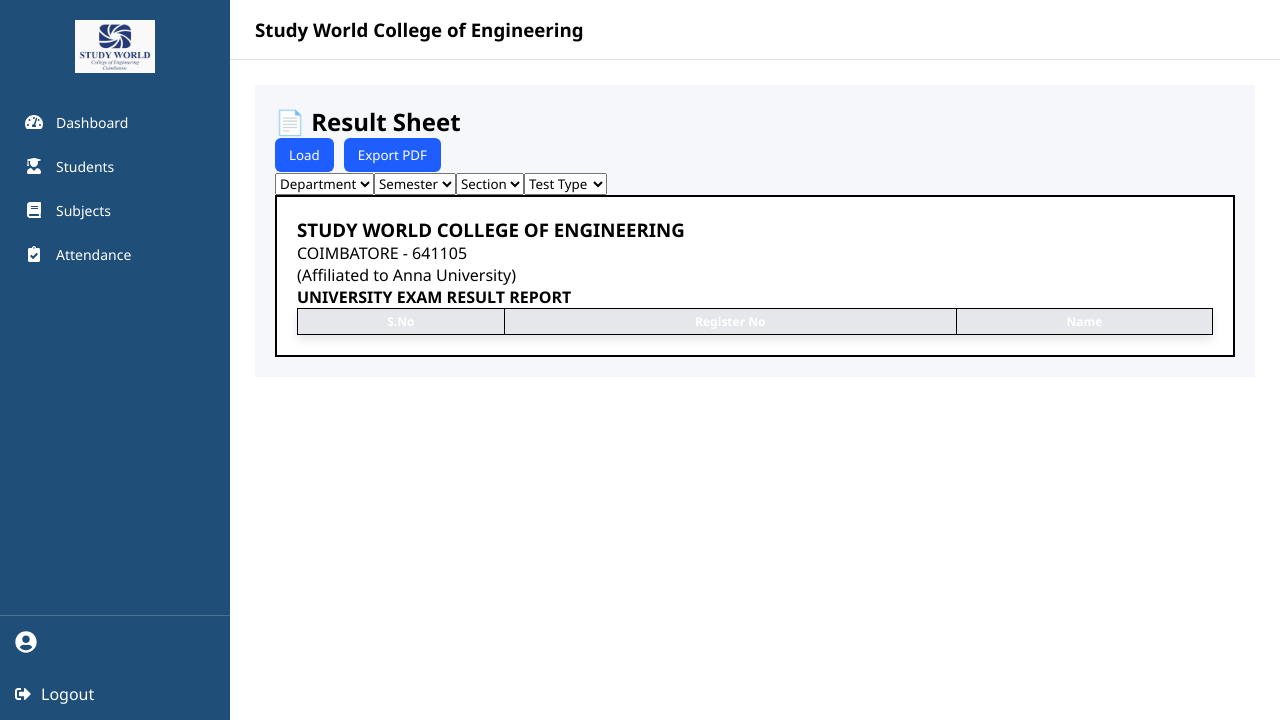
Repository: arthanarieswara/frontend
Page: /result-sheet
An editor plug-in stored every save of this project. The page is shown before and after the next save, followed by the edit.
The browser window is 1280 px wide. The pictures show the whole page.
The page's requests for data from a server got no answer. The project was rebuilt for these pictures with package versions that can differ from the ones it lists, and the page was loaded fresh each time. No one was signed in, and anything a server would have sent is missing. Also part of the build but not shown: vite.config.js, src/pages/auth/Login.jsx, src/pages/dashboard/Dashboard.css, src/pages/dashboard/Dashboard.jsx, src/pages/departments/Departments.jsx, src/pages/students/Students.css, src/pages/students/Students.jsx, src/pages/faculty/Faculty.css and 12 more.

Above is the page before, as saved 2026-04-13 14:02:43.

### index.html
<!doctype html>
<html lang="en">
  <head>
    <meta charset="UTF-8" />
    <link rel="icon" type="image/svg+xml" href="/college-logo.png" />
    <meta name="viewport" content="width=device-width, initial-scale=1.0" />
    <title>SWMS</title>
  </head>
  <body>
    <div id="root"></div>
    <script type="module" src="/src/main.jsx"></script>
  </body>
</html>

### src/App.jsx
import AppRoutes from "./routes/AppRoutes";

function App() {
  return <AppRoutes />;
}

export default App;

### src/routes/AppRoutes.jsx
import { BrowserRouter, Routes, Route } from "react-router-dom";

import Login from "../pages/auth/Login";
import Dashboard from "../pages/dashboard/Dashboard";
import Departments from "../pages/departments/Departments";
import Students from "../pages/students/Students";
import Faculty from "../pages/faculty/Faculty";
import Subjects from "../pages/Subjects/Subjects";
import Attendance from "../pages/Attendance/Attendance";
import Users from "../pages/users/Users";
import UserMapping from "../pages/UserMapping/UserMapping"; // ✅ NEW
import FacultyAttendance from "../pages/faculty/FacultyAttendance";
import Marks from "../pages/marks/Marks";
import ResultSheet from "../pages/marks/ResultSheet";
function AppRoutes() {
  return (
    <BrowserRouter>
      <Routes>
        <Route path="/" element={<Login />} />
        <Route path="/dashboard" element={<Dashboard />} />
        <Route path="/departments" element={<Departments />} />
        <Route path="/students" element={<Students />} />
        <Route path="/faculty" element={<Faculty />} />
        <Route path="/subjects" element={<Subjects />} />
        <Route path="/attendance" element={<Attendance />} />
        <Route path="/users" element={<Users />} />
        <Route path="/faculty-attendance" element={<FacultyAttendance />} />

        {/* ✅ NEW ROUTE */}
        <Route path="/mapping" element={<UserMapping />} />
        <Route path="/marks" element={<Marks />} />
        <Route path="/result-sheet" element={<ResultSheet />} />
      </Routes>
    </BrowserRouter>
  );
}

export default AppRoutes;

### src/pages/marks/ResultSheet.jsx
import { useState, useEffect } from "react";
import Layout from "../../components/Layout";
import api from "../../api/api";
import jsPDF from "jspdf";
import html2canvas from "html2canvas";
import "./ResultSheet.css";

function ResultSheet() {
  const [grouped, setGrouped] = useState({});
  const [subjects, setSubjects] = useState([]);
  const [departments, setDepartments] = useState([]);
  const [analysis, setAnalysis] = useState(null);

  const [semester, setSemester] = useState("");
  const [department, setDepartment] = useState("");
  const [section, setSection] = useState("");
  const [testType, setTestType] = useState("");

  /* ================= LOAD DEPARTMENTS ================= */
  useEffect(() => {
    fetchDepartments();
  }, []);

  const fetchDepartments = async () => {
    try {
      const res = await api.get("/departments");
      setDepartments(res.data);
    } catch (err) {
      console.error(err);
    }
  };

  /* ================= FETCH DATA ================= */
  const loadData = async () => {
    if (!semester || !department || !testType) {
      return alert("Select required fields");
    }

    try {
      const params = new URLSearchParams();
      params.append("semester", semester);
      params.append("department_id", department);
      params.append("test_type", testType);

      if (section) params.append("section", section);

      const res = await api.get(`/marks/class?${params.toString()}`);
      const rows = res.data;

      const map = {};
      const subs = new Set();

      rows.forEach((r) => {
        subs.add(r.subject_name);

        if (!map[r.student_id]) {
          map[r.student_id] = {
            roll: r.roll_number,
            name: r.name,
            marks: {},
          };
        }

        map[r.student_id].marks[r.subject_name] = r.mark || "AB";
      });

      const subjectArray = [...subs];

      setGrouped(map);
      setSubjects(subjectArray);

      calculateAnalysis(map, subjectArray);
    } catch (err) {
      console.error(err);
      alert("Error loading data");
    }
  };

  /* ================= ANALYSIS ================= */
  const calculateAnalysis = (groupedData, subjectsList) => {
    const students = Object.values(groupedData);
    const totalStudents = students.length;

    const subjectStats = subjectsList.map((sub) => {
      let appeared = 0;
      let absent = 0;
      let pass = 0;
      let fail = 0;

      students.forEach((s) => {
        const mark = s.marks[sub];

        if (mark === "AB") {
          absent++;
        } else {
          appeared++;
          const num = Number(mark);
          if (num >= 50) pass++;
          else fail++;
        }
      });

      return {
        total: totalStudents,
        appeared,
        absent,
        pass,
        fail,
        passPercent:
          appeared === 0 ? 0 : ((pass / appeared) * 100).toFixed(2),
      };
    });

    /* 🔥 FAIL DISTRIBUTION + NIL */
    const failDistribution = {};
    let allCleared = 0;

    students.forEach((s) => {
      let failCount = 0;

      subjectsList.forEach((sub) => {
        const mark = s.marks[sub];
        if (mark !== "AB" && Number(mark) < 50) {
          failCount++;
        }
      });

      if (failCount === 0) {
        allCleared++;
      } else {
        failDistribution[failCount] =
          (failDistribution[failCount] || 0) + 1;
      }
    });

    setAnalysis({
      subjectStats,
      failDistribution,
      allCleared,
    });
  };

  /* ================= EXPORT PDF ================= */
  const exportPDF = async () => {
    const element = document.getElementById("pdf-content");

    const canvas = await html2canvas(element, { scale: 2 });
    const imgData = canvas.toDataURL("image/png");

    const pdf = new jsPDF("landscape", "mm", "a4");

    const imgWidth = 297;
    const imgHeight = (canvas.height * imgWidth) / canvas.width;

    pdf.addImage(imgData, "PNG", 0, 0, imgWidth, imgHeight);
    pdf.save("result.pdf");
  };

  return (
    <Layout>
      <div className="result-page">

        {/* HEADER */}
        <div className="result-header">
          <h2>📄 Result Sheet</h2>

          <div className="actions">
            <button className="btn primary" onClick={loadData}>
              Load
            </button>
            <button className="btn success" onClick={exportPDF}>
              Export PDF
            </button>
          </div>
        </div>

        {/* FILTERS */}
        <div className="filter-bar">
          <select value={department} onChange={(e) => setDepartment(e.target.value)}>
            <option value="">Department</option>
            {departments.map((d) => (
              <option key={d.id} value={d.id}>{d.name}</option>
            ))}
          </select>

          <select value={semester} onChange={(e) => setSemester(e.target.value)}>
            <option value="">Semester</option>
            {[1,2,3,4,5,6,7,8].map((s) => (
              <option key={s} value={s}>Sem {s}</option>
            ))}
          </select>

          <select value={section} onChange={(e) => setSection(e.target.value)}>
            <option value="">Section</option>
            <option value="A">A</option>
            <option value="B">B</option>
          </select>

          <select value={testType} onChange={(e) => setTestType(e.target.value)}>
            <option value="">Test Type</option>
            <option value="Internal">Internal</option>
            <option value="Class Test">Class Test</option>
          </select>
        </div>

        {/* PDF CONTENT */}
        <div id="pdf-content" className="pdf-container">

          <div className="college-block">
            <h3>STUDY WORLD COLLEGE OF ENGINEERING</h3>
            <p>COIMBATORE - 641105</p>
            <p>(Affiliated to Anna University)</p>
            <h4>UNIVERSITY EXAM RESULT REPORT</h4>
          </div>

          {/* TABLE */}
          <div className="table-wrapper">
            <table className="result-table">
              <thead>
                <tr>
                  <th>S.No</th>
                  <th>Register No</th>
                  <th>Name</th>
                  {subjects.map((sub, i) => (
                    <th key={i}>{sub}</th>
                  ))}
                </tr>
              </thead>

              <tbody>
                {Object.values(grouped).map((s, index) => (
                  <tr key={index}>
                    <td>{index + 1}</td>
                    <td>{s.roll}</td>
                    <td className="name">{s.name}</td>

                    {subjects.map((sub, i) => {
                      const mark = s.marks[sub];

                      return (
                        <td
                          key={i}
                          className={
                            mark === "AB"
                              ? "absent"
                              : Number(mark) < 50
                              ? "fail"
                              : "pass"
                          }
                        >
                          {mark || "-"}
                        </td>
                      );
                    })}
                  </tr>
                ))}
              </tbody>
            </table>
          </div>

          {/* ANALYSIS */}
          {analysis && (
            <div className="analysis-section">

              <h4>📊 Subject Analysis</h4>

              <table className="analysis-table">
                <tbody>
                  <tr>
                    <th>Registered</th>
                    {analysis.subjectStats.map((s, i) => <td key={i}>{s.total}</td>)}
                  </tr>

                  <tr>
                    <th>Appeared</th>
                    {analysis.subjectStats.map((s, i) => <td key={i}>{s.appeared}</td>)}
                  </tr>

                  <tr>
                    <th>Absent</th>
                    {analysis.subjectStats.map((s, i) => <td key={i}>{s.absent}</td>)}
                  </tr>

                  <tr>
                    <th>Fail</th>
                    {analysis.subjectStats.map((s, i) => <td key={i}>{s.fail}</td>)}
                  </tr>

                  <tr>
                    <th>Pass</th>
                    {analysis.subjectStats.map((s, i) => <td key={i}>{s.pass}</td>)}
                  </tr>

                  <tr>
                    <th>Pass %</th>
                    {analysis.subjectStats.map((s, i) => (
                      <td key={i}>{s.passPercent}%</td>
                    ))}
                  </tr>
                </tbody>
              </table>

              <h4>📊 Fail Distribution</h4>

              <table className="analysis-table">
                <tbody>
                  <tr>
                    <th>No. of Subjects</th>
                    {subjects.map((_, i) => <td key={i}>{i + 1}</td>)}
                    <td>NIL</td>
                  </tr>

                  <tr>
                    <th>No. of Students</th>
                    {subjects.map((_, i) => (
                      <td key={i}>{analysis.failDistribution[i + 1] || 0}</td>
                    ))}
                    <td>{analysis.allCleared}</td>
                  </tr>
                </tbody>
              </table>

            </div>
          )}

        </div>
      </div>
    </Layout>
  );
}

export default ResultSheet;

### src/pages/auth/Login.css
*{
  margin:0;
  padding:0;
  box-sizing:border-box;
  font-family:"Segoe UI",sans-serif;
}

/* ANIMATED BACKGROUND */

.login-wrapper{
  height:100vh;
  display:flex;
  justify-content:center;
  align-items:center;
  background:linear-gradient(270deg,#0f4c81,#3a8bfd,#1a6ed8);
  background-size:600% 600%;
  animation:gradientBG 10s ease infinite;
}

@keyframes gradientBG{
  0%{background-position:0% 50%}
  50%{background-position:100% 50%}
  100%{background-position:0% 50%}
}

/* LOGIN CARD */

.login-card{
  width:420px;
  padding:40px;
  border-radius:12px;
  background:rgba(255,255,255,0.15);
  backdrop-filter:blur(15px);
  box-shadow:0 15px 40px rgba(0,0,0,0.3);
  text-align:center;
  color:white;
}

/* COLLEGE HEADER */

.college-logo{
  width:70px;
  margin-bottom:10px;
}

.college-header h1{
  font-size:20px;
  margin-bottom:5px;
}

.college-header p{
 font-size:13px;
  opacity:0.9;
}

.college-header span{
  font-size:12px;
  opacity:0.8;
}

.college-header{
  margin-bottom:30px;
}

/* INPUT GROUP */

.input-group{

  position:relative;
  margin-bottom:20px;
}

.input-group input{
  width:100%;
  padding:12px;
  border:none;
  border-radius:6px;
  outline:none;
  font-size:14px;
}

/* FLOATING LABEL */

.input-group label{
  position:absolute;
  left:12px;
  top:50%;
  transform:translateY(-50%);
  color:#000000;
  font-size:14px;
  pointer-events:none;
  transition:0.3s;
}

.input-group input:focus + label,
.input-group input:not(:placeholder-shown) + label{
  top:-8px;
  /* background:white; */
  padding:0 5px;
  font-size:15px;
  color:white;
}

/* PASSWORD ICON */

.password-group{
 position:relative;
}

.eye-icon{
  position:absolute;
  right:10px;
  top:50%;
  transform:translateY(-50%);
  cursor:pointer;
  color:#444;
}

/* BUTTON */

.login-btn{
  width:100%;
  padding:12px;
  border:none;
  border-radius:6px;
  background:white;
  color:#0f4c81;
  font-size:16px;
  font-weight:bold;
  cursor:pointer;
  transition:all 0.3s;
}

.login-btn:hover{
  transform:translateY(-2px);
  box-shadow:0 5px 15px rgba(0,0,0,0.3);
}

### src/components/Layout.jsx
import { useState } from "react";
import Sidebar from "./Sidebar";
import Navbar from "./Navbar";

function Layout({ children }) {

  const [collapsed,setCollapsed] = useState(false);

  return (

    <div style={{display:"flex"}}>

      <Sidebar collapsed={collapsed} />

      <div style={{flex:1}}>

        <Navbar toggleSidebar={()=>setCollapsed(!collapsed)} />

        <div style={{padding:"25px"}}>
          {children}
        </div>

      </div>

    </div>

  );

}

export default Layout;

### src/pages/departments/Departments.css
.departments h2 {
    margin-bottom: 20px;
}

.add-section {
    display: flex;
    gap: 10px;
    margin-bottom: 20px;
}

.add-section input {
    padding: 10px;
    border: 1px solid #ccc;
    border-radius: 5px;
}

.add-section button {
    background: #0f4c81;
    color: white;
    border: none;
    padding: 10px 15px;
    border-radius: 5px;
    cursor: pointer;
}

table {
    width: 100%;
    border-collapse: collapse;
    background: white;
    box-shadow: 0 5px 10px rgba(0, 0, 0, 0.1);
}

th,
td {
    padding: 12px;
    border-bottom: 1px solid #ddd;
    text-align: left;
}

.delete-btn {
    background: red;
    color: white;
    border: none;
    padding: 6px 10px;
    border-radius: 4px;
    cursor: pointer;
}

.edit-btn {
    background: #0f4c81;
    color: white;
    border: none;
    padding: 6px 10px;
    border-radius: 4px;
    cursor: pointer;
    margin: 10px;
}

### src/pages/faculty/FacultyAttendance.css
.faculty-attendance {
  padding: 25px;
}

/* HEADER */
.header {
  display: flex;
  justify-content: space-between;
  align-items: center;
  margin-bottom: 20px;
}

.actions {
  display: flex;
  gap: 10px;
}

.actions input {
  padding: 8px;
  border-radius: 6px;
  border: 1px solid #ccc;
}

.actions button {
  background: #1e5eff;
  color: white;
  border: none;
  padding: 8px 14px;
  border-radius: 6px;
  cursor: pointer;
}

.actions button:hover {
  background: #1748c7;
}

.secondary-btn {
  background: #28a745;
}

.secondary-btn:hover {
  background: #1e7e34;
}

/* TABLE */
.table-container {
  background: white;
  border-radius: 10px;
  box-shadow: 0 2px 10px rgba(0,0,0,0.08);
  overflow: hidden;
}

table {
  width: 100%;
  border-collapse: collapse;
}

thead {
  background: #1e5eff;
  color: white;
}

th, td {
  padding: 12px;
}

tbody tr:nth-child(even) {
  background: #f5f7fb;
}

tbody tr:hover {
  background: #eef2ff;
}

/* STATUS COLORS */
.status-dropdown.Present {
  background: #d4edda;
}

.status-dropdown.Absent {
  background: #f8d7da;
}

/* TIME INPUTS */
.time-inputs {
  display: flex;
  gap: 10px;
}

/* REPORT */
.report-section {
  margin-top: 30px;
}

.cards {
  display: flex;
  gap: 15px;
  flex-wrap: wrap;
}

.card {
  background: white;
  padding: 15px;
  border-radius: 8px;
  box-shadow: 0 2px 8px rgba(0,0,0,0.1);
  min-width: 120px;
  text-align: center;
}

.card.total {
  background: #1e5eff;
  color: white;
}

### src/pages/marks/ResultSheet.css
.result-page {
  padding: 20px;
  background: #f5f7fb;
}

.filters {
  display: flex;
  gap: 10px;
  margin-bottom: 20px;
}

.filters select,
.filters button {
  padding: 8px 12px;
  border-radius: 6px;
}

.pdf-container {
  background: white;
  padding: 20px;
  border: 2px solid black;
}

.college-title {
  text-align: center;
  font-weight: bold;
  margin-bottom: 10px;
}

/* TABLE */
.result-table {
  width: 100%;
  border-collapse: collapse;
  font-size: 12px;
}

.result-table th,
.result-table td {
  border: 1px solid black;
  padding: 4px;
  text-align: center;
}

.result-table th {
  background: #e5e7eb;
}

.analysis-table {
  width: 100%;
  border-collapse: collapse;
  font-size: 12px;
  margin-top: 10px;
}

.analysis-table th,
.analysis-table td {
  border: 1px solid black;
  padding: 5px;
  text-align: center;
}

.analysis-table th {
  background: #e5e7eb;
  text-align: left;
}

### src/components/Sidebar.jsx
import { NavLink, useNavigate } from "react-router-dom";
import {
  FaTachometerAlt,
  FaUniversity,
  FaUserGraduate,
  FaChalkboardTeacher,
  FaBook,
  FaClipboardCheck,
  FaSignOutAlt,
  FaUserCircle,
  FaUsers,
  FaProjectDiagram,

} from "react-icons/fa";

import "./Sidebar.css";

function Sidebar({ collapsed }) {
  const navigate = useNavigate();

  const user = JSON.parse(localStorage.getItem("user"));
  const role = user?.role;

  const handleLogout = () => {
    localStorage.removeItem("token");
    localStorage.removeItem("user");
    navigate("/");
  };

  return (
    <div className="main-content">
      <div className={`sidebar ${collapsed ? "collapsed" : ""}`}>
        <div className="sidebar-header">
          <img src="/college-logo.png" className="sidebar-logo" />
        </div>

        <nav className="menu">
          {/* COMMON (ADMIN + FACULTY) */}
          <NavLink to="/dashboard" className="menu-item">
            <FaTachometerAlt />
            <span>Dashboard</span>
          </NavLink>

          <NavLink to="/students" className="menu-item">
            <FaUserGraduate />
            <span>Students</span>
          </NavLink>

          <NavLink to="/subjects" className="menu-item">
            <FaBook />
            <span>Subjects</span>
          </NavLink>

          <NavLink to="/attendance" className="menu-item">
            <FaClipboardCheck />
            <span>Attendance</span>
          </NavLink>

          {/* ADMIN ONLY */}
          {role === "Admin" && (
            <>
              <NavLink to="/departments" className="menu-item">
                <FaUniversity />
                <span>Departments</span>
              </NavLink>

              <NavLink to="/faculty" className="menu-item">
                <FaChalkboardTeacher />
                <span>Faculty</span>
              </NavLink>

              <NavLink to="/users" className="menu-item">
                <FaUsers />
                <span>Users</span>
              </NavLink>

              <NavLink to="/mapping" className="menu-item">
                <FaProjectDiagram />
                <span>Mapping</span>
              </NavLink>

              <NavLink to="/faculty-attendance" className="menu-item">
                <FaClipboardCheck />
                <span>Faculty Attendance</span>
              </NavLink>

              <NavLink to="/marks" className="menu-item">
                <FaClipboardCheck />
                <span>Marks</span>
              </NavLink>

              <NavLink to="/result-sheet" className="menu-item">
                <FaClipboardCheck />
                <span>Result Sheet</span>
              </NavLink>


            </>
          )}
        </nav>

        {/* PROFILE + LOGOUT */}

        <div className="bottom-section">
          <div className="profile">
            <FaUserCircle className="profile-icon" />
            <span>{role}</span>
          </div>

          <div className="logout" onClick={handleLogout}>
            <FaSignOutAlt />
            <span>Logout</span>
          </div>
        </div>
      </div>
    </div>
  );
}

export default Sidebar;

### src/components/Navbar.jsx
import { FaBars } from "react-icons/fa";
import "./Navbar.css";

function Navbar({ toggleSidebar }) {

    return (

        <div className="navbar">

            {/* <FaBars className="toggle-btn" onClick={toggleSidebar} /> */}

            <h3>Study World College of Engineering</h3>

        </div>

    )

}

export default Navbar;

### src/components/Sidebar.css
.sidebar {
  width: 230px;
  height: 100vh;
  background: #1f4e79;
  color: white;
  display: flex;
  flex-direction: column;
  justify-content: space-between;
  position: fixed;
  left: 0;
  top: 0;
}

/* HEADER */

.sidebar-header {
  display: flex;
  justify-content: center;
  align-items: center;
  padding: 20px 10px;
}

.sidebar-logo {
  width: 80px;
  object-fit: contain;
}

/* MENU */

.menu {
  display: flex;
  flex-direction: column;
  gap: 5px;
  padding: 10px;
}

/* MENU ITEM */

.menu-item {
  display: flex;
  align-items: center;
  gap: 12px;
  padding: 10px 14px;
  color: white;
  text-decoration: none;
  border-radius: 6px;
  transition: 0.3s;
  font-size: 14px;
}

.menu-item svg {
  font-size: 16px;
  min-width: 20px;
}

.menu-item:hover {
  background: rgba(255, 255, 255, 0.15);
}

.menu-item.active {
  background: white;
  color: #1f4e79;
}

/* PUSH BOTTOM SECTION DOWN */

.bottom-section {
  margin-top: auto;
}

/* PROFILE */

.profile {
  display: flex;
  align-items: center;
  gap: 10px;
  padding: 15px;
  border-top: 1px solid rgba(255, 255, 255, 0.2);
}

.profile-icon {
  font-size: 22px;
}

/* LOGOUT */

.logout {
  display: flex;
  align-items: center;
  gap: 10px;
  padding: 15px;
  cursor: pointer;
  transition: 0.3s;
}

.logout:hover {
  background: rgba(255, 0, 0, 0.2);
}

.main-content {
  margin-left: 190px; /* SAME AS SIDEBAR WIDTH */
  padding: 20px;
}

### src/components/Navbar.css
.navbar{
  height:60px;
  background:white;
  border-bottom:1px solid #ddd;
  display:flex;
  align-items:center;
  padding:0 25px;
}

Loaded but not shown: src/main.jsx (common file); src/api/api.js (18 lines, source omitted)

After the next save:
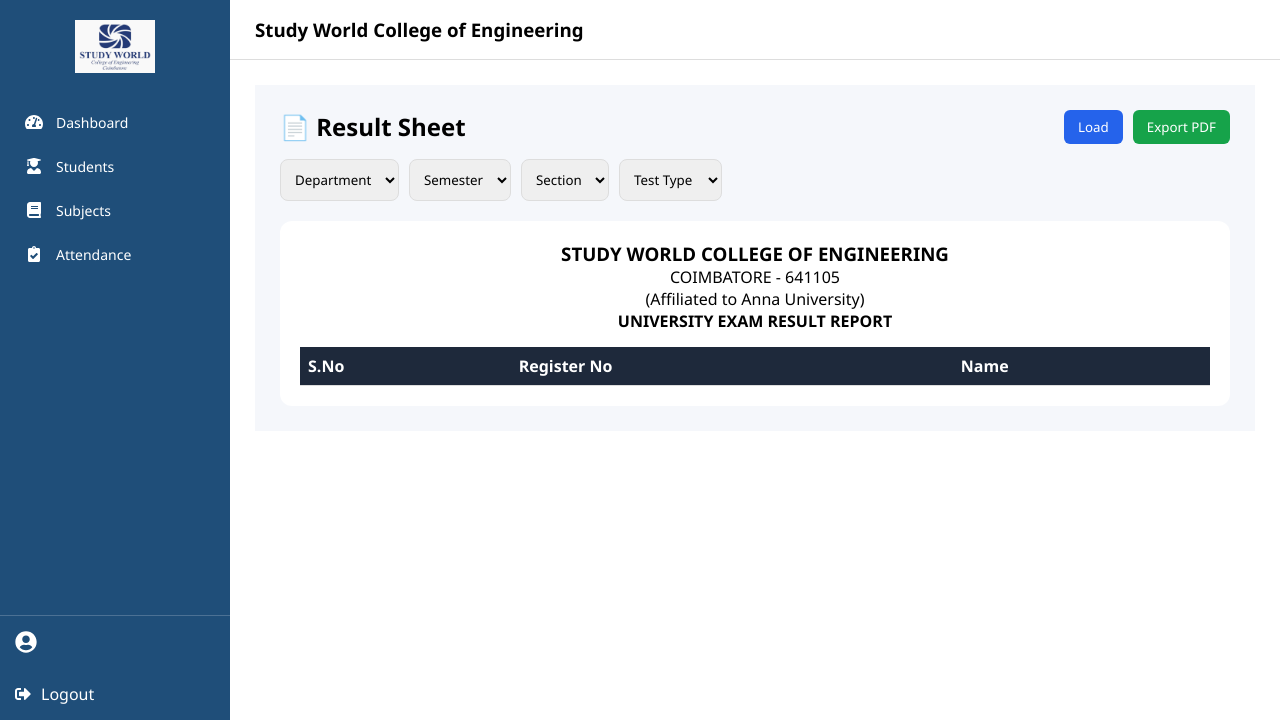
Saved 15 s later.
--- a/src/pages/marks/ResultSheet.css
+++ b/src/pages/marks/ResultSheet.css
@@ -1,65 +1,115 @@
 .result-page {
-  padding: 20px;
+  padding: 25px;
   background: #f5f7fb;
 }
 
-.filters {
+.result-header {
+  display: flex;
+  justify-content: space-between;
+  margin-bottom: 15px;
+}
+
+.actions {
+  display: flex;
+  gap: 10px;
+}
+
+.btn {
+  padding: 8px 16px;
+  border-radius: 8px;
+  border: none;
+  cursor: pointer;
+}
+
+.btn.primary {
+  background: #2563eb;
+  color: white;
+}
+
+.btn.success {
+  background: #16a34a;
+  color: white;
+}
+
+.filter-bar {
   display: flex;
   gap: 10px;
   margin-bottom: 20px;
 }
 
-.filters select,
-.filters button {
-  padding: 8px 12px;
-  border-radius: 6px;
+.filter-bar select {
+  padding: 10px;
+  border-radius: 8px;
+  border: 1px solid #ddd;
 }
 
 .pdf-container {
   background: white;
   padding: 20px;
-  border: 2px solid black;
+  border-radius: 12px;
 }
 
-.college-title {
+.college-block {
   text-align: center;
-  font-weight: bold;
-  margin-bottom: 10px;
+  margin-bottom: 15px;
 }
 
-/* TABLE */
+.table-wrapper {
+  overflow-x: auto;
+}
+
 .result-table {
   width: 100%;
   border-collapse: collapse;
-  font-size: 12px;
 }
 
-.result-table th,
+.result-table th {
+  background: #1e293b;
+  color: white;
+  padding: 8px;
+}
+
 .result-table td {
-  border: 1px solid black;
-  padding: 4px;
+  border: 1px solid #ddd;
+  padding: 6px;
   text-align: center;
 }
 
-.result-table th {
-  background: #e5e7eb;
+.name {
+  text-align: left;
+}
+
+.pass {
+  color: green;
+  font-weight: bold;
+}
+
+.fail {
+  color: red;
+  font-weight: bold;
+}
+
+.absent {
+  color: orange;
+  font-weight: bold;
+}
+
+.analysis-section {
+  margin-top: 20px;
 }
 
 .analysis-table {
   width: 100%;
   border-collapse: collapse;
-  font-size: 12px;
-  margin-top: 10px;
-}
-
-.analysis-table th,
-.analysis-table td {
-  border: 1px solid black;
-  padding: 5px;
-  text-align: center;
+  margin-bottom: 15px;
 }
 
 .analysis-table th {
-  background: #e5e7eb;
-  text-align: left;
+  background: #f1f5f9;
+  padding: 8px;
 }
+
+.analysis-table td {
+  border: 1px solid #ddd;
+  text-align: center;
+}
